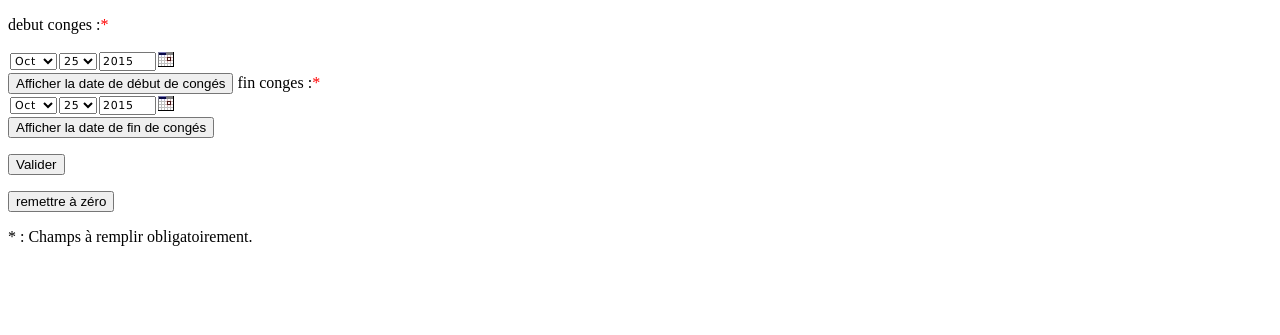
Repository: Iankills/TB-IR331
Page: http://localhost/gestConges_WebGUI/nouveau_conges.jsp
An editor plug-in stored every save of this project. The page is shown before and after the next save, followed by the edit.
The browser window is 1280 px wide. The pictures show the whole page.
The page is served by Tomcat 9. Other server files are loaded and not shown.

Above is the page before, as saved 2015-10-29 09:55:37.

### workspace-gestconges/gestConges_WebGUI/WebContent/nouveau_conges.jsp
<%@ page language="java" contentType="text/html; charset=ISO-8859-1"
	pageEncoding="ISO-8859-1"%>
<!DOCTYPE html PUBLIC "-//W3C//DTD HTML 4.01 Transitional//EN" "http://www.w3.org/TR/html4/loose.dtd">
<html>
<head>
<meta http-equiv="Content-Type" content="text/html; charset=ISO-8859-1">
<title>Création Conges</title>
<!-- test du script -->
<script type="text/javascript" src="calendarDateInput.js">

/***********************************************
* Jason's Date Input Calendar- By Jason Moon http://calendar.moonscript.com/dateinput.cfm
* Script featured on and available at http://www.dynamicdrive.com
* Keep this notice intact for use.
***********************************************/
</script>
<!-- Fin test du script -->

</head>
<body>

	<form method="get" action="template.jsp">

		<input type="hidden" name="action" value="traitement_conges" />
		<table id="affichage">
			<tr>
				<p>debut conges :<font color="red">*</font></p>
				<!-- <td><input type="text" name='debutconges' placeholder="format jj/mm/aaaa" /></td> -->
				<script>DateInput('debutconges', true, 'DD/MM/YYYY')</script>
				<input type="button" onClick="alert(this.form.debutconges.value)" value="Afficher la date de début de congés">
			</tr>

			<tr>
				<th>fin conges :<font color="red">*</font></th>
			    <!-- <td><input type="text" name='finconges' placeholder="format jj/mm/aaaa" /></td> -->
			    <script>DateInput('finconges', true, 'DD/MM/YYYY')</script>
				<input type="button" onClick="alert(this.form.finconges.value)" value="Afficher la date de fin de congés">
			</tr>
		</table>
		<p><input type="submit" value="Valider" /></p>
		<p><input type="reset" value="remettre à zéro" /></p>
		<p class="erreur">* : Champs à remplir obligatoirement.</p>
	</form>
</body>
</html>

Loaded but not shown: workspace-gestconges/gestConges_WebGUI/WebContent/calendarDateInput.js (591 lines, source omitted)

After the next save:
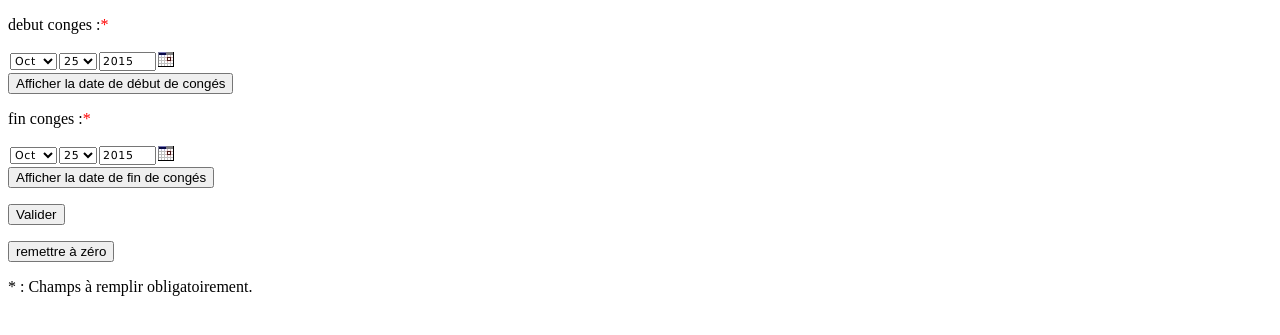
Saved 5 s later.
--- a/workspace-gestconges/gestConges_WebGUI/WebContent/nouveau_conges.jsp
+++ b/workspace-gestconges/gestConges_WebGUI/WebContent/nouveau_conges.jsp
@@ -31,7 +31,7 @@
 			</tr>
 
 			<tr>
-				<th>fin conges :<font color="red">*</font></th>
+				<p>fin conges :<font color="red">*</font></p>
 			    <!-- <td><input type="text" name='finconges' placeholder="format jj/mm/aaaa" /></td> -->
 			    <script>DateInput('finconges', true, 'DD/MM/YYYY')</script>
 				<input type="button" onClick="alert(this.form.finconges.value)" value="Afficher la date de fin de congés">
